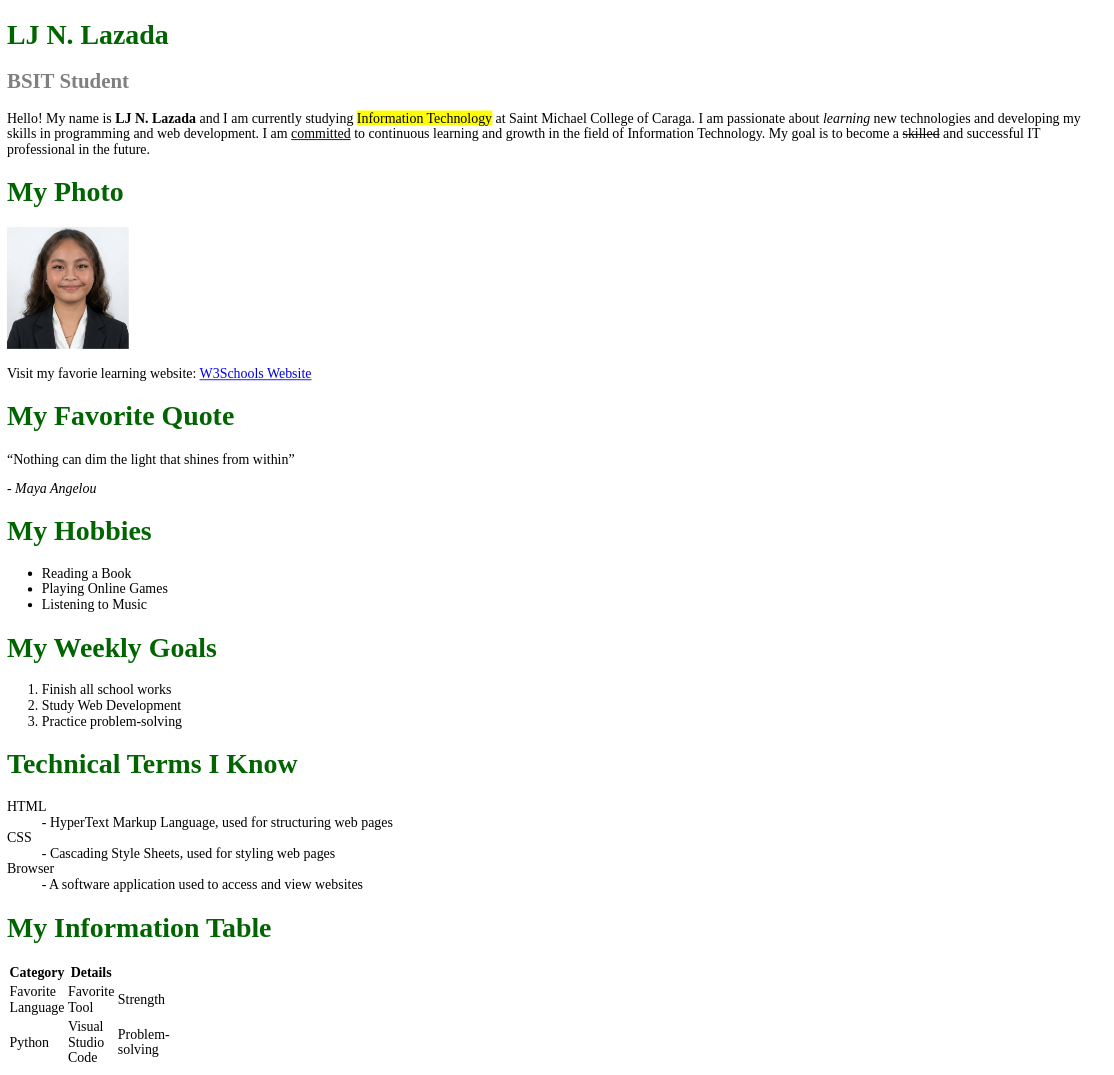
Repository: ljlazada11/myfirsthtml
Page: index.html
An editor plug-in stored every save of this project. The page is shown before and after the next save, followed by the edit.
The browser window is 1280 px wide. The pictures show the whole page, at 87% of full size.

Above is the page before, as saved 2026-06-24 20:34:15.

After the next save:
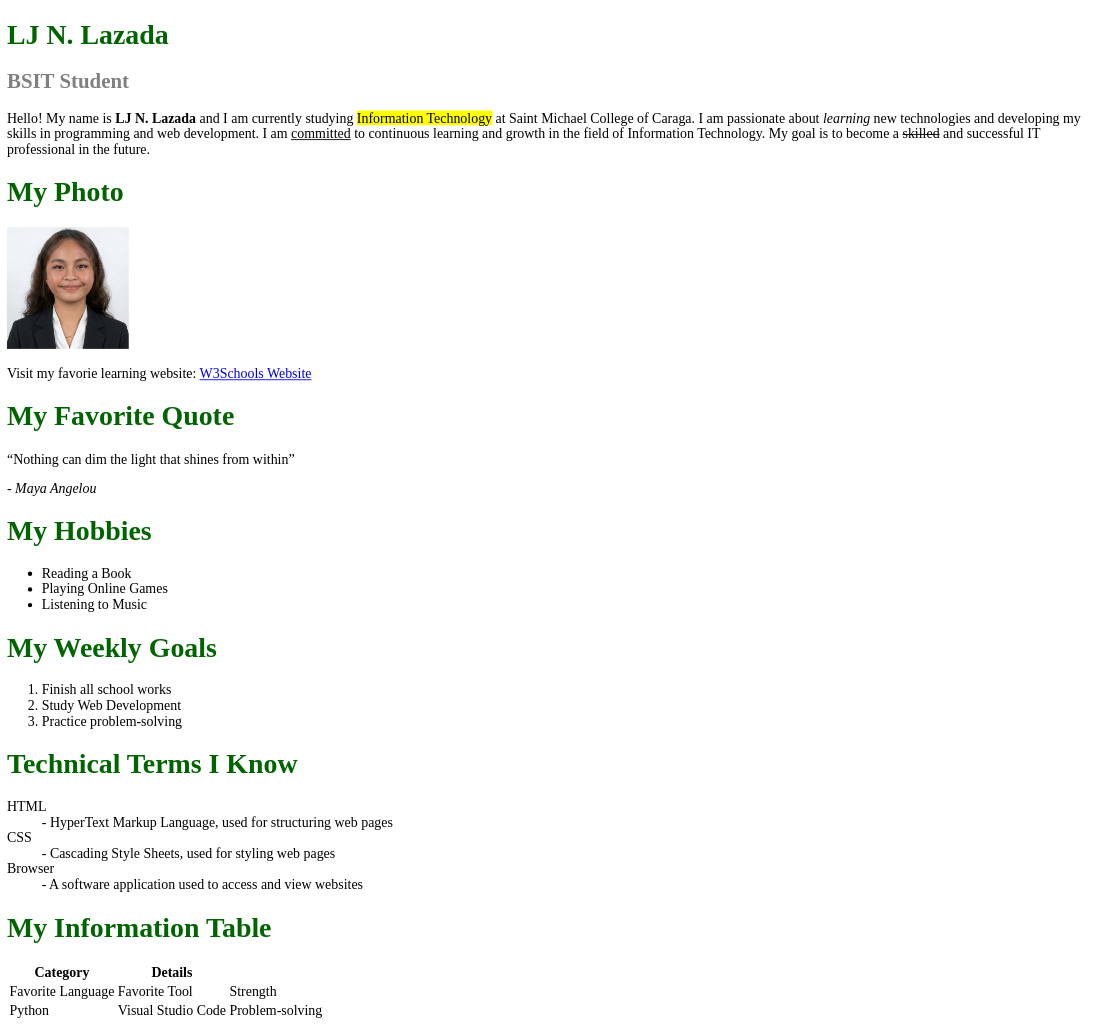
Saved 8 s later.
--- a/index.html
+++ b/index.html
@@ -46,7 +46,7 @@
     </dl>
 </body>
     <h1 style="color:darkgreen">My Information Table</h1>
-<table style="width: 40px;%">
+<table style="width: 40;%">
   <tr>
     <th>Category</th>
     <th>Details</th>
